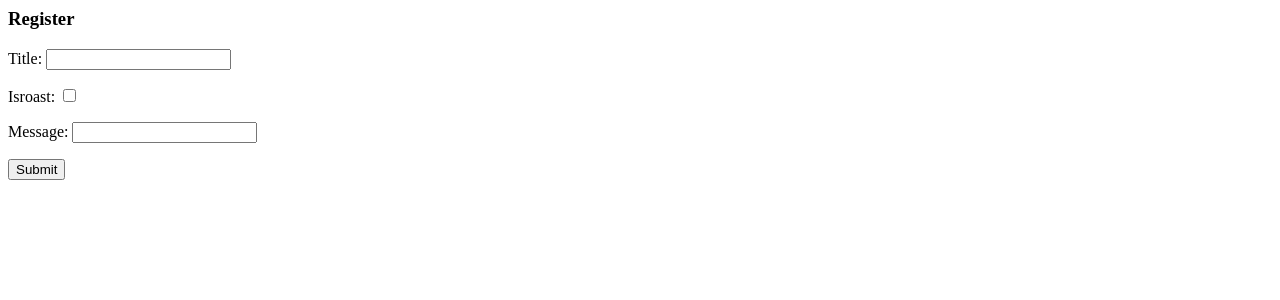
Repository: Imraj423/ghostpost
Page: http://localhost/addpost/
These files come from the project's save history. The page is drawn as it stood at one moment and after a run of saves; the edit follows.
The browser window is 1280 px wide. The pictures show the whole page.
The page is served by the project's application, run on Django 3.2 (manage.py).

Above is the page before, as saved 2020-02-10 13:48:42.

After the next 2 saves:
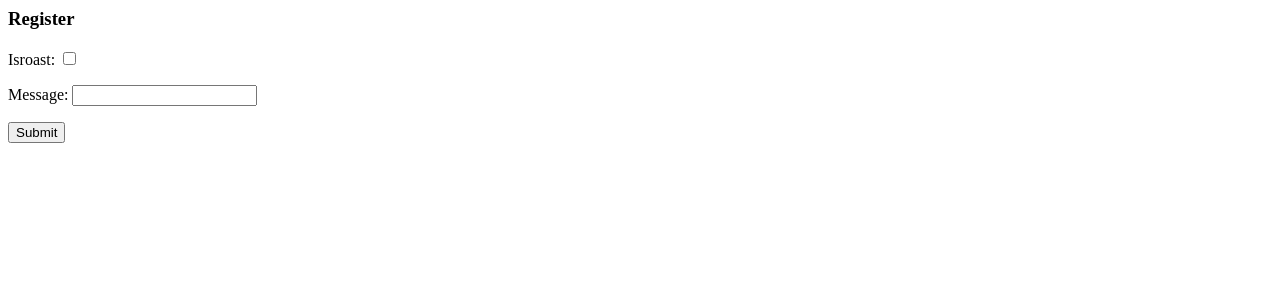
The 2 saves are shown as one change because they came seconds apart.
The last was saved 35 s later.
--- a/ghostpost/forms.py
+++ b/ghostpost/forms.py
@@ -2,6 +2,6 @@ from django import forms
 
 
 class addPost(forms.Form):
-    title = forms.CharField(widget=forms.TextInput, max_length=30)
+
     isRoast = forms.BooleanField()
     message = forms.CharField(widget=forms.TextInput, max_length=280)
